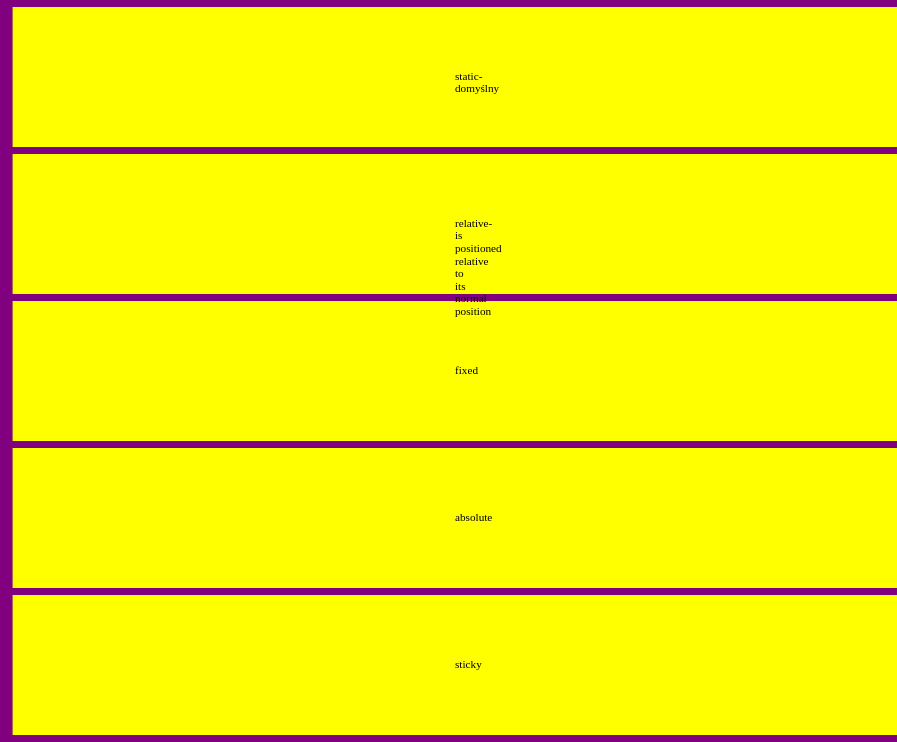
Repository: quenrythane/homepage
Page: CSS positions/CSS-positions.html
These files come from the project's save history. The page is drawn as it stood at one moment and after the next save; the edit follows.
The browser window is 1280 px wide. The page is 1282 px wide, then 1280 px, so the pictures cover 1282 px, including what lies to the right of the window. The pictures show the part of the page from y = 0 to 1880 px (the page is 1060 px tall before and 3670 px after), at 70% of full size.

Above is the page before, as saved 2020-10-11 00:20:43.

After the next save:
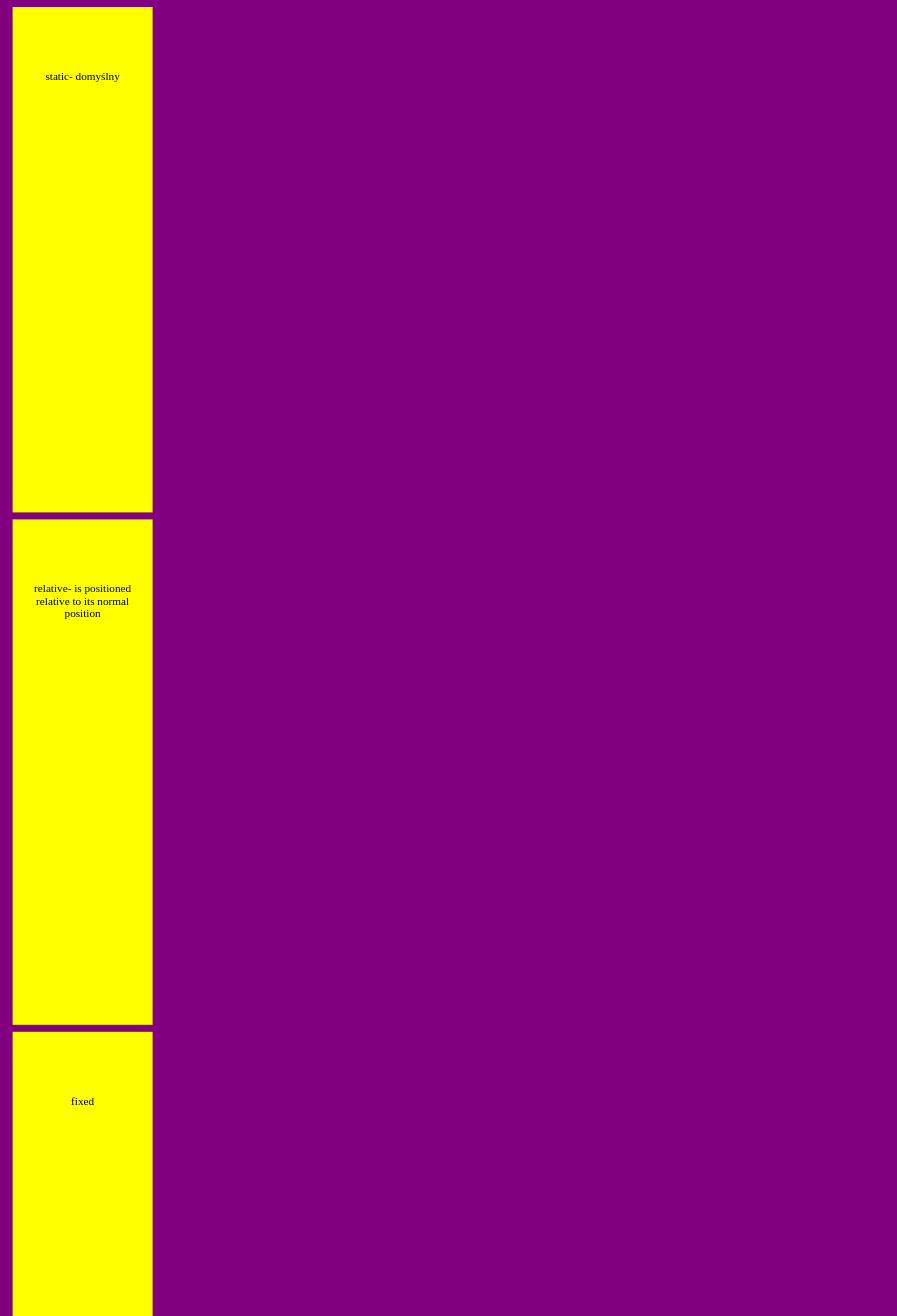
Saved 16 s later.
--- a/CSS positions/CSS-positions.css
+++ b/CSS positions/CSS-positions.css
@@ -9,7 +9,7 @@
     height: 200px ;
     margin: 10px;
     text-align: center;
-    padding: 10px 50%;
+    padding: 50% 10px ;
     padding-top: 90px;
 }
 
